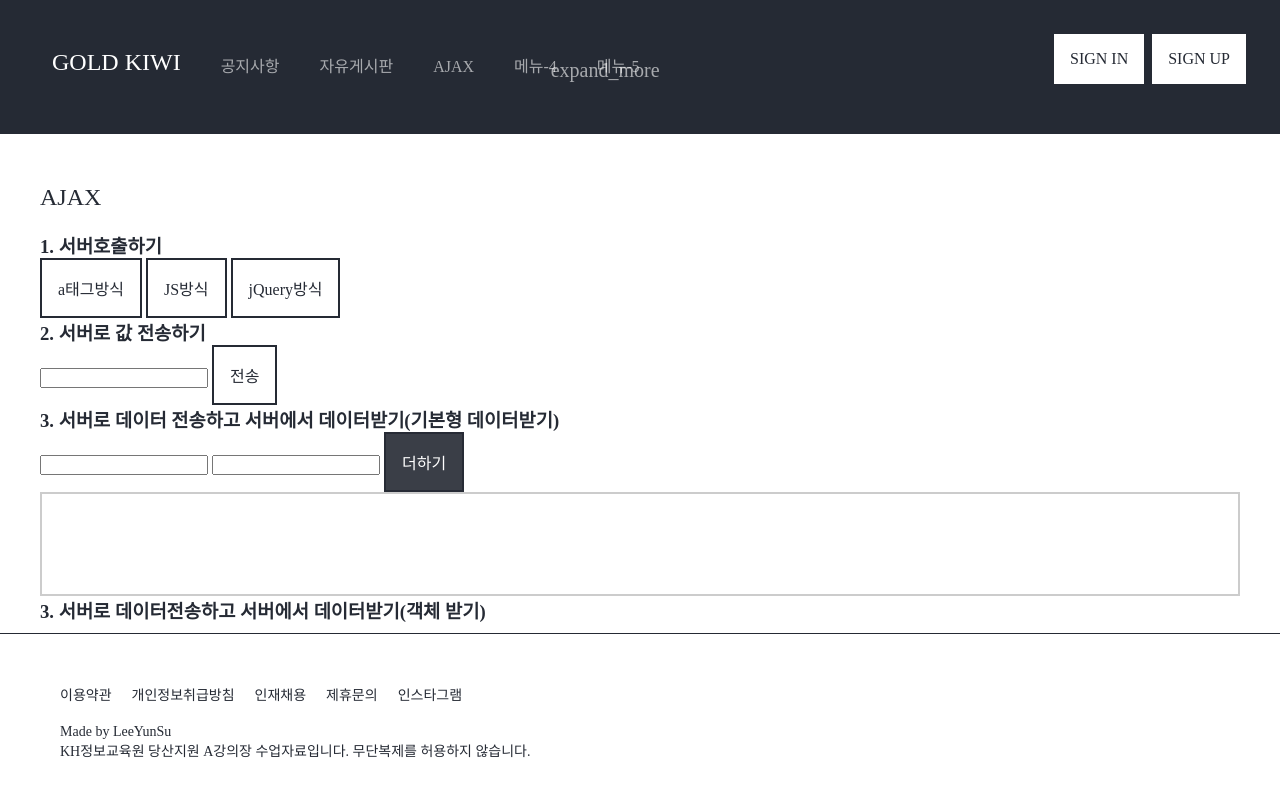
Repository: RiboKim/web-workspace
Page: http://localhost/07_mvc2WebProject/ajax.do
These files come from the project's save history. The page is drawn as it stood at one moment and after the next save; the edit follows.
The browser window is 1280 px wide. The pictures show the whole page.
Some web fonts or font styles are not loaded; a fallback is used. The page is served by Tomcat 9. Other server files are loaded and not shown.

Above is the page before, as saved 2023-02-21 02:33:16.

### 07_mvc2WebProject/src/main/webapp/WEB-INF/views/etc/ajax.jsp
<%@ page language="java" contentType="text/html; charset=UTF-8"
    pageEncoding="UTF-8"%>
<!DOCTYPE html>
<html>
<head>
<meta charset="UTF-8">
<title>Insert title here</title>
<style>
	.ajaxResult{
		min-height: 100px;
		border : 2px solid #ccc;
	}
</style>
</head>
<body>
	<%@include file="/WEB-INF/views/common/header.jsp" %>
	<div class="page-content">
		<div class="page-title">AJAX</div>
		<h3>1. 서버호출하기</h3>
		<a class="btn bc11" href="/ajaxTest1.do">a태그방식</a>
		<button class="btn bc11" id="js">JS방식</button>
		<button class="btn bc11" id="jQ1">jQuery방식</button>

		<h3>2. 서버로 값 전송하기</h3>
		<input type="text">
		<button class="btn bc11" id="jQ2">전송</button>

		<h3>3. 서버로 데이터 전송하고 서버에서 데이터받기(기본형 데이터받기)</h3>
		<input type="text" id="su1">
		<input type="text" id="su2">
		<button class="btn bc1" id="jQ3">더하기</button>
		<p class="ajaxResult" id="result3"></p>

		<h3>3. 서버로 데이터전송하고 서버에서 데이터받기(객체 받기)</h3>
	</div>
	<script>
		$("#js").on("click",function(){
			//javascript로 ajax를 이용한 서버호출방식
			//1.XMLHttpRequest객체 생성
			const xhttp = new XMLHttpRequest();
			//2.요청 정보 설정
			//method, url, 비동기여부
			xhttp.open("GET","/ajaxTest1.do",true);
			//3.서버 요청 처리에 따른 동작함수 지정
			xhttp.onreadystatechange = function(){
				if(this.readyState == 4 && this.status == 200){
					//요청이 모두 끝나고 && 정상적인 응답이 돌아온 경우
					console.log("서버 요청 성공!!");
				}else if(this.readyState == 4 && this.status == 404){
					//요청이 모두 끝나고 && 해당 페이지를 찾을 수 없는 경우
					console.log("주소를 찾을 수 없습니다.");
				}
			}
			//4.서버에 요청
			xhttp.send();
		});

		$("#jQ1").on("click",function(){
			$.ajax({
				url : "/ajaxTest1.do",
				type : "GET",
				success : function(){
					console.log("서버 호출 완료!!!!");
				},
				error : function(){
					console.log("에러발생");
				},
				complete : function(){
					console.log("무조건 호출");
				}
			});
		});

		$("#jQ2").on("click",function(){
			const input = $(this).prev();
			const inputValue = input.val();
			$.ajax({
				url : "/ajaxTest2.do",
				type : "get",
				data : {input1 : inputValue}, //input1이 key값이라고 생각하면 됨, 여러개 보내는것도 가능
				success : function(){
					console.log("서버로 데이터 전송 완료");
				},
				error : function(){
					console.log("에러발생");
				}
			});
		});
		$("#jQ3").on("click",function(){
			//input에 입력된 값 2개 가져다가
			// /ajaxTest3.do에 전송후 출력
			const su1 = $("#su1").val();
			const su2 = $(this).prev().val();
			$.ajax({
				url : "ajaxTest3.do",
				type : "post",
				data : {num1 : su1, num2 : su2},
				success : function(data){
					console.log(data);
					$("#result3").text(su1+"+"+su2+"="+data);
					console.log("서버요청성공");

				},
				error : function(){
					console.log("서버요청 실패")
				}
			})
		})
	</script>
	<%@include file="/WEB-INF/views/common/footer.jsp" %>
</body>
</html>

### 07_mvc2WebProject/src/main/webapp/WEB-INF/views/common/header.jsp
<%@page import="kr.or.iei.member.model.vo.Member"%>
<%@ page language="java" contentType="text/html; charset=UTF-8"
    pageEncoding="UTF-8"%>
    <%
    	Member m = (Member)session.getAttribute("m");
    %>

	<!-- 구글 아이콘 -->
    <link href="https://fonts.googleapis.com/icon?family=Material+Icons" rel="stylesheet">
    <!-- jquery -->
    <script src="/js/jquery-3.6.0.js"></script>
    <!-- 기본 CSS -->
    <link rel="stylesheet" href="/css/default.css" />
    <!-- 기본 js -->
    <script src="/js/default.js"></script>

    <header>
      <div class="site-logo">
        <a href="/">GOLD KIWI</a>
      </div>
      <nav>
        <ul class="navi">
          <li><a href="/noticeList.do?requestPage=1">공지사항</a></li>
          <li><a href="/boardList.do">자유게시판</a></li>
          <li><a href="/ajax.do">AJAX</a></li>
          <li><a href="#">메뉴-4</a></li>
          <li>
			<a href="#">메뉴-5</a>
            <ul class="sub-navi">
              <li><a href="#">sub-1</a></li>
              <li><a href="#">sub-2</a></li>
              <li><a href="#">sub-3</a></li>
            </ul>
           </li>
        </ul>
      </nav>
      <div class="header-link">
      <%if(m == null){ %>
        <button class="btn bc11 modal-open-btn" target="#login-modal">SIGN IN</button>
        <a class="btn bc11" href="/signupFrm.do">SIGN UP</a>
      <%}else{ %>
      <%--<a class="btn bc11" href="/mypage1.do"><%=m.getMemberName() %></a> --%>
      <%--memberId를 mypage2.do로 넘겨주는거 --%>
      <a class="btn bc11" href="/mypage2.do?memberId=<%=m.getMemberId() %>"><%=m.getMemberName() %></a>

      <a class="btn bc11" href="/logout.do">LOGOUT</a>
      <%} %>
      </div>
    </header>
    <%if(m == null) {%>
    <div id="login-modal" class="modal-bg">
      <div class="modal-wrap">
        <div class="modal-head">
          <h2>SIGN IN</h2>
          <span class="material-icons close-icon modal-close">close</span>
        </div>
        <form action="/signin.do" method="post">
        <div class="modal-content">
          <div class="input-box">
          	<label for="signId">아이디</label>
          	<input type="text" name="signId" id="signId" class="input-form" placeholder="아이디입력">
          </div>
          <div class="input-box">
          	<label for="signPw">비밀번호</label>
          	<input type="password" name="signPw" id="signPw" class="input-form" placeholder="비밀번호입력">
          </div>
          <div class="input-box link-box">
          	<a href="#">아이디/비밀번호 찾기</a>
          </div>
        </div>
        <div class="modal-foot">
          <button type="submit" class="btn bc11">로그인</button>
          <button type="button" class="btn bc1 modal-close">취소</button>
        </div>
        </form>
      </div>
    </div>
    <%}%>

### 07_mvc2WebProject/src/main/webapp/WEB-INF/views/common/footer.jsp
<%@ page language="java" contentType="text/html; charset=UTF-8"
    pageEncoding="UTF-8"%>
	<footer>
      <div class="footer-content">
        <ul>
          <li><a href="#">이용약관</a></li>
          <li><a href="#">개인정보취급방침</a></li>
          <li><a href="#">인재채용</a></li>
          <li><a href="#">제휴문의</a></li>
          <li><a href="#">인스타그램</a></li>
        </ul>
        <p>Made by LeeYunSu</p>
        <p>
          KH정보교육원 당산지원 A강의장 수업자료입니다. 무단복제를 허용하지
          않습니다.
        </p>
      </div>
    </footer>

### 07_mvc2WebProject/src/main/java/kr/or/iei/ajax/controller/AjaxServlet.java
package kr.or.iei.ajax.controller;

import java.io.IOException;

import javax.servlet.RequestDispatcher;
import javax.servlet.ServletException;
import javax.servlet.annotation.WebServlet;
import javax.servlet.http.HttpServlet;
import javax.servlet.http.HttpServletRequest;
import javax.servlet.http.HttpServletResponse;

/**
 * Servlet implementation class AjaxServlet
 */
@WebServlet(name = "Ajax", urlPatterns = { "/ajax.do" })
public class AjaxServlet extends HttpServlet {
	private static final long serialVersionUID = 1L;

    /**
     * @see HttpServlet#HttpServlet()
     */
    public AjaxServlet() {
        super();
        // TODO Auto-generated constructor stub
    }

	/**
	 * @see HttpServlet#doGet(HttpServletRequest request, HttpServletResponse response)
	 */
	protected void doGet(HttpServletRequest request, HttpServletResponse response) throws ServletException, IOException {
		//1.인코딩
		request.setCharacterEncoding("utf-8");
		//2.값추출
		//3.비즈니스로직
		//4.결과처리
		RequestDispatcher view = request.getRequestDispatcher("/WEB-INF/views/etc/ajax.jsp");
		view.forward(request, response);
	}

	/**
	 * @see HttpServlet#doPost(HttpServletRequest request, HttpServletResponse response)
	 */
	protected void doPost(HttpServletRequest request, HttpServletResponse response) throws ServletException, IOException {
		// TODO Auto-generated method stub
		doGet(request, response);
	}

}

### 07_mvc2WebProject/src/main/webapp/css/default.css
/* 사용할 font 선언 */
@font-face {
  font-family: ns-thin;
  src: url(../font/NotoSansKR-Thin.otf);
}
@font-face {
  font-family: ns-light;
  src: url(../font/NotoSansKR-Light.otf);
}
@font-face {
  font-family: ns-m;
  src: url(../font/NotoSansKR-Medium.otf);
}
@font-face {
  font-family: ns-bold;
  src: url(../font/NotoSansKR-Bold.otf);
}
@font-face {
  font-family: ns-black;
  src: url(../font/NotoSansKR-Black.otf);
}
/*
    사이트 사용 색상
    balck : #252A34
    darkgray : #393E46
    lightgray : #EEEEEE
    dark-mint : #00ADB5
    mint : #08D9D6
    point-red : #FF2E63
    point-pink : #F85F73
    point-violet : #892CDC
*/
/* 전체태그 기본 margin, padding 제거 */
/* 기본 글씨 색 및 폰트 설정 */

* {
  margin: 0;
  padding: 0;
  color: #252a34;
  font-family: ns-m;
}
body {
  display: flex;
  flex-direction: column;
  min-height: 100vh;
}
/* 기본화면 레이아웃 */
a {
  text-decoration: none;
}
header {
  background-color: #252a34;
  padding: 32px;
  display: flex;
  min-width: 1200px;
}
header > *:not(.header-link) {
  float: left;
}
header > .site-logo {
  padding: 0px 20px;
}
header > .site-logo > a {
  color: #fff;
  font-family: ns-bold;
  font-size: 24px;
  line-height: 60px;
}
header > nav {
  flex-grow: 1;
}

header > nav > .navi {
  list-style-type: none;
}
header > nav > .navi > li {
  float: left;
  position: relative;
}
header > nav > .navi > li > a {
  display: block;
  color: rgba(255, 255, 255, 0.6);
  padding: 5px 20px;
  transition-duration: 0.5s;
  line-height: 60px;
}
header > nav > .navi > li:hover > a,
header > nav > .navi > li:hover > a + span {
  color: rgba(255, 255, 255, 1);
}
header > nav > .navi > li:hover > .sub-navi {
  display : block;
}
header > nav .sub-navi {
  position: absolute;
  background-color: #fff;
  list-style-type: none;
  display: none;
  border: 1px solid rgba(0, 0, 0, 0.2);
  left: 10px;
  min-width: 10rem;
}
header > nav .sub-navi > li {
  padding: 0.25rem 1rem;
}
header > nav .sub-navi > li > a {
  display: block;
}
header > nav .sub-navi > li:hover {
  background-color: rgba(0, 0, 0, 0.05);
}
.material-icons.dropdown {
  font-size: 20px;
  color: rgba(255, 255, 255, 0.6);
  position: absolute;
  right: 0px;
  top: 27px;
  transition-duration: 0.5s;
}
.material-icons.dropdown:hover {
  cursor: pointer;
}
.page-content {
  width: 1200px;
  margin: 30px auto;
  margin-bottom: 10px;
  flex-grow: 1;
}
.page-title {
  font-family: ns-bold;
  padding: 20px 0px;
  font-size: 1.5rem;
}
footer {
  padding: 50px;
  border-top: 1px solid #252a34;
}
footer > .footer-content {
  width: 1200px;
  margin: 0 auto;
  padding: 0px 10px;
}
footer > .footer-content * {
  font-size: 14px;
}
footer > .footer-content > ul {
  list-style-type: none;
  overflow: hidden;
  margin-bottom: 20px;
}
footer > .footer-content > ul > li {
  float: left;
}
footer > .footer-content > ul > li > a {
  padding-right: 20px;
}

/* font 클래스*/
.f-thin {
  font-family: ns-thin;
}
.f-light {
  font-family: ns-light;
}
.f-medium {
  font-family: ns-m;
}
.f-bold {
  font-family: ns-bold;
}
.f-black {
  font-family: ns-black;
}

/* 글씨 색 */
.fc-1 {
  color: #252a34;
}
.fc-2 {
  color: #393e46;
}
.fc-3 {
  color: #eeeeee;
}
.fc-4 {
  color: #00adb5;
}
.fc-5 {
  color: #08d9d6;
}
.fc-6 {
  color: #ff2e63;
}
.fc-7 {
  color: #f85f73;
}
.fc-8 {
  color: #892cdc;
}

/* 배경 색*/
.bg-1 {
  background-color: #252a34;
}
.bg-2 {
  background-color: #393e46;
}
.bg-3 {
  background-color: #eeeeee;
}
.bg-4 {
  background-color: #00adb5;
}
.bg-5 {
  background-color: #08d9d6;
}
.bg-6 {
  background-color: #ff2e63;
}
.bg-7 {
  background-color: #f85f73;
}
.bg-8 {
  background-color: #892cdc;
}

/* 테이블 디자인 */
.tbl {
  width: 100%;
  border-spacing: 0px;
  border-collapse: collapse;
}
.tbl th,
.tbl td {
  padding: 1rem;
  text-align: center;
}
.tbl .tr-1 {
  background-color: rgba(255, 255, 255, 1);
}
.tbl .tr-2 {
  background-color: rgba(57, 62, 70, 0.1);
}
.tbl .tr-3 {
  background-color: rgba(0, 173, 181, 0.1);
}
.tbl .tr-4 {
  background-color: rgba(137, 44, 220, 0.1);
}
.tbl .tr-5 {
  background-color: rgba(255, 46, 999, 0.1);
}
.tbl .td-1 {
  background-color: rgba(255, 255, 255, 1);
}
.tbl .td-2 {
  background-color: rgba(57, 62, 70, 0.1);
}
.tbl .td-3 {
  background-color: rgba(0, 173, 181, 0.1);
}
.tbl .td-4 {
  background-color: rgba(137, 44, 220, 0.1);
}
.tbl .td-5 {
  background-color: rgba(255, 46, 999, 0.1);
}
.tbl.tbl-hover .tr-1:hover {
  background-color: rgba(0, 0, 0, 0.05);
}
.tbl.tbl-hover .tr-2:hover {
  background-color: rgba(57, 62, 70, 0.15);
}
.tbl.tbl-hover .tr-3:hover {
  background-color: rgba(0, 173, 181, 0.15);
}
.tbl.tbl-hover .tr-4:hover {
  background-color: rgba(137, 44, 220, 0.15);
}
.tbl.tbl-hover .tr-5:hover {
  background-color: rgba(255, 46, 999, 0.15);
}

/* 버튼 디자인 */
.btn {
  border: none;
  padding: 1rem;
  display: inline-block;
  box-sizing: border-box;
  transition-duration: 0.5s;
  font-size: 16px;
  font-family: ns-light;
}
.bc1 {
  background-color: rgba(37, 42, 52, 0.9);
  color: #fff;
  border: 2px solid rgba(37, 42, 52, 0.9);
}
.bc1:hover {
  background-color: rgba(37, 42, 52, 1);
  cursor: pointer;
}
.bc2 {
  background-color: rgba(57, 62, 70, 0.9);
  color: #fff;
  border: 2px solid rgba(57, 62, 70, 0.9);
}
.bc2:hover {
  background-color: rgba(57, 62, 70, 1);
  cursor: pointer;
}
.bc3 {
  background-color: rgba(238, 238, 238, 0.9);
  color: #252a34;
  border: 2px solid rgba(238, 238, 238, 0.9);
}
.bc3:hover {
  background-color: rgba(238, 238, 238, 1);
  cursor: pointer;
}
.bc4 {
  background-color: rgba(0, 173, 181, 0.9);
  color: #fff;
  border: 2px solid rgba(0, 173, 181, 0.9);
}
.bc4:hover {
  background-color: rgba(0, 173, 181, 1);
  cursor: pointer;
}
.bc5 {
  background-color: rgba(8, 217, 214, 0.9);
  color: #fff;
  border: 2px solid rgba(8, 217, 214, 0.9);
}
.bc5:hover {
  background-color: rgba(8, 217, 214, 1);
  cursor: pointer;
}
.bc6 {
  background-color: rgba(255, 46, 99, 0.9);
  color: #fff;
  border: 2px solid rgba(255, 46, 99, 0.9);
}
.bc6:hover {
  background-color: rgba(255, 46, 99, 1);
  cursor: pointer;
}
.bc7 {
  background-color: rgba(248, 95, 115, 0.9);
  color: #fff;
  border: 2px solid rgba(248, 95, 115, 0.9);
}
.bc7:hover {
  background-color: rgba(248, 95, 115, 1);
  cursor: pointer;
}
.bc8 {
  background-color: rgba(137, 44, 220, 0.9);
  color: #fff;
  border: 2px solid rgba(137, 44, 220, 0.9);
}
.bc8:hover {
  background-color: rgba(137, 44, 220, 1);
  cursor: pointer;
}
.bc11 {
  color: rgba(37, 42, 52, 1);
  background-color: #fff;
  border: 2px solid rgba(37, 42, 52, 1);
}
.bc11:hover {
  background-color: rgba(37, 42, 52, 1);
  cursor: pointer;
  color: #fff;
}
.bc22 {
  color: rgba(57, 62, 70, 1);
  background-color: #fff;
  border: 2px solid rgba(57, 62, 70, 1);
}
.bc22:hover {
  background-color: rgba(57, 62, 70, 1);
  cursor: pointer;
  color: #fff;
}
.bc33 {
  color: rgba(37, 42, 52, 1);
  background-color: #fff;
  border: 2px solid rgba(238, 238, 238, 1);
}
.bc33:hover {
  background-color: rgba(238, 238, 238, 1);
  cursor: pointer;
  color: rgba(37, 42, 52, 1);
}
.bc44 {
  color: rgba(0, 173, 181, 1);
  background-color: #fff;
  border: 2px solid rgba(0, 173, 181, 1);
}
.bc44:hover {
  background-color: rgba(0, 173, 181, 1);
  color: #fff;
  cursor: pointer;
}
.bc55 {
  color: rgba(8, 217, 214, 1);
  background-color: #fff;
  border: 2px solid rgba(8, 217, 214, 1);
}
.bc55:hover {
  background-color: rgba(8, 217, 214, 1);
  color: #fff;
  cursor: pointer;
}
.bc66 {
  color: rgba(255, 46, 99, 1);
  background-color: #fff;
  border: 2px solid rgba(255, 46, 99, 1);
}
.bc66:hover {
  background-color: rgba(255, 46, 99, 1);
  color: #fff;
  cursor: pointer;
}
.bc77 {
  color: rgba(248, 95, 115, 1);
  background-color: #fff;
  border: 2px solid rgba(248, 95, 115, 1);
}
.bc77:hover {
  background-color: rgba(248, 95, 115, 1);
  color: #fff;
  cursor: pointer;
}
.bc88 {
  color: rgba(137, 44, 220, 1);
  background-color: #fff;
  border: 2px solid rgba(137, 44, 220, 1);
}
.bc88:hover {
  background-color: rgba(137, 44, 220, 1);
  color: #fff;
  cursor: pointer;
}
.bs1 {
  padding: 1rem;
}
.bs2 {
  padding: 1.5rem;
  font-size: 1.1em;
}
.bs3 {
  padding: 2rem;
  font-size: 1.2em;
}
.bs4 {
  width: 100%;
  padding: 2rem;
  font-size: 1.2em;
}
/* input 디자인 */
.input-form {
  width: 100%;
  display: block;
  padding: 0.8rem;
  background-color: #fff;
  outline: none;
  border: 1px solid #ccc;

  box-sizing: border-box;
}
.input-form:focus {
  box-shadow: 0 0 0 0.1rem #eee;
}

textarea.input-form {
  resize: none;
  min-height: 300px;
}
.input-form:read-only:not(select),
.input-form:disabled {
  background-color: #f7f7f9;
}
/* 페이징 디자인 */
.pagination {
  list-style-type: none;
  display: flex;
  justify-content: center;
  align-items: center;
}
.pagination > li {
  width: 40px;
  height: 40px;
  text-align: center;
  line-height: 40px;
  overflow: hidden;
}
.pagination.circle-style > li {
  border-radius: 50%;
}
.pagination > li > a.page-item {
  display: block;
  width: 100%;
  height: 100%;
  font-size: 18px;
}
.pagination > li > a.page-item > span.material-icons {
  display: block;
  width: 100%;
  height: 100%;
  line-height: 40px;
}
.pagination .page-item.active-page {
  background-color: #252a34;
  color: #fff;
}
/*게시물 표현*/
.posting-wrap {
  display: flex;
  flex-wrap: wrap;
}
.posting-wrap .posting-item {
  box-sizing: border-box;
  width: calc(100% / 5);
  padding: 20px;
}
.posting-wrap .posting-item .posting-img img {
  width: 100%;
  height: 200px;
}
.posting-wrap .posting-item .posting-content {
  width: 80%;
  margin: 0 auto;
}
.posting-wrap .posting-item:hover {
  box-shadow: 0 2px 10px 0 rgba(0, 0, 0, 0.2);
}
/* 댓글 */
.posting-comment {
  display: flex;
  border-top: 2px solid #ccc;

  list-style-type: none;
}
.posting-comment > li {
  box-sizing: border-box;
}
.posting-comment > li:first-child {
  width: 15%;
  display: flex;
  justify-content: center;
  align-items: center;
  min-height: 100px;
  border-right: 1px solid #ccc;
}
.posting-comment.reply > li:first-child {
  width: 20%;
}
.posting-comment > li:first-child .material-icons {
  font-size: 80px;
  color: #ccc;
}
.posting-comment.reply > li:first-child .material-icons:first-child {
  font-size: 40px;
  color: #ccc;
}
.posting-comment.reply > li:last-child {
  display: flex;
  flex-direction: column;
  width: 80%;
}
.posting-comment > li:last-child {
  display: flex;
  flex-direction: column;
  width: 85%;
}
.posting-comment > li:last-child > p {
  width: 100%;
  padding: 5px;
  box-sizing: border-box;
}
.posting-comment > li:last-child > .comment-info > span {
  padding: 0px 10px;
}
.posting-comment > li:last-child > .comment-info > span:not(:last-child) {
  border-right: 2px solid #ccc;
}
.posting-comment > li:last-child > .comment-content {
  padding: 0px 15px;
}
.posting-comment > li:last-child > .comment-link {
  text-align: right;
}
.posting-comment > li:last-child > .comment-link > a {
  margin: 0px 5px;
}
.posting-comment > li:last-child > .comment-link > a:hover {
  text-decoration: underline;
}

/*모달*/
.modal-bg {
  background-color: rgba(0, 0, 0, 0.3);
  position: fixed;
  width: 100%;
  height: 100vh;
  display: none;
  align-items: center;
  flex-direction: column;
}
.modal-wrap {
  margin-top: 150px;
  width: 600px;
  background: #fff;
  height: auto;
}
.modal-wrap div {
  padding: 1rem;
}
.modal-wrap div:not(:last-child) {
  border-bottom: 1px solid #ccc;
}
.modal-wrap .modal-foot {
  text-align: right;
}
.modal-wrap div.modal-head {
  position: relative;
}
.close-icon {
  position: absolute;
  top: 16px;
  right: 16px;
  font-size: 30px;
}
.close-icon:hover {
  cursor: pointer;
}

### 07_mvc2WebProject/src/main/webapp/js/default.js
$(function () {
  $(document).on("click", ".modal-open-btn", function () {
    $($(this).attr("target")).css("display", "flex");
  });
  $(document).on("click", ".modal-close", function () {
    $(this).parents(".modal-wrap").parent().css("display", "none");
  });
  $(".sub-navi").prev().after("<span class='material-icons dropdown'>expand_more</span>");
});
function alertFunc(icon){
	swal({
        title: '제목',
        text: '내용내용내용',
        icon: icon
      });
      //이후 페이지 이동 시 추가
      /*
      .then(function(){
    	 window.location = "${loc}";
      });
      */
}

Loaded but not shown: 07_mvc2WebProject/src/main/webapp/js/jquery-3.6.0.js (library)

After the next save:
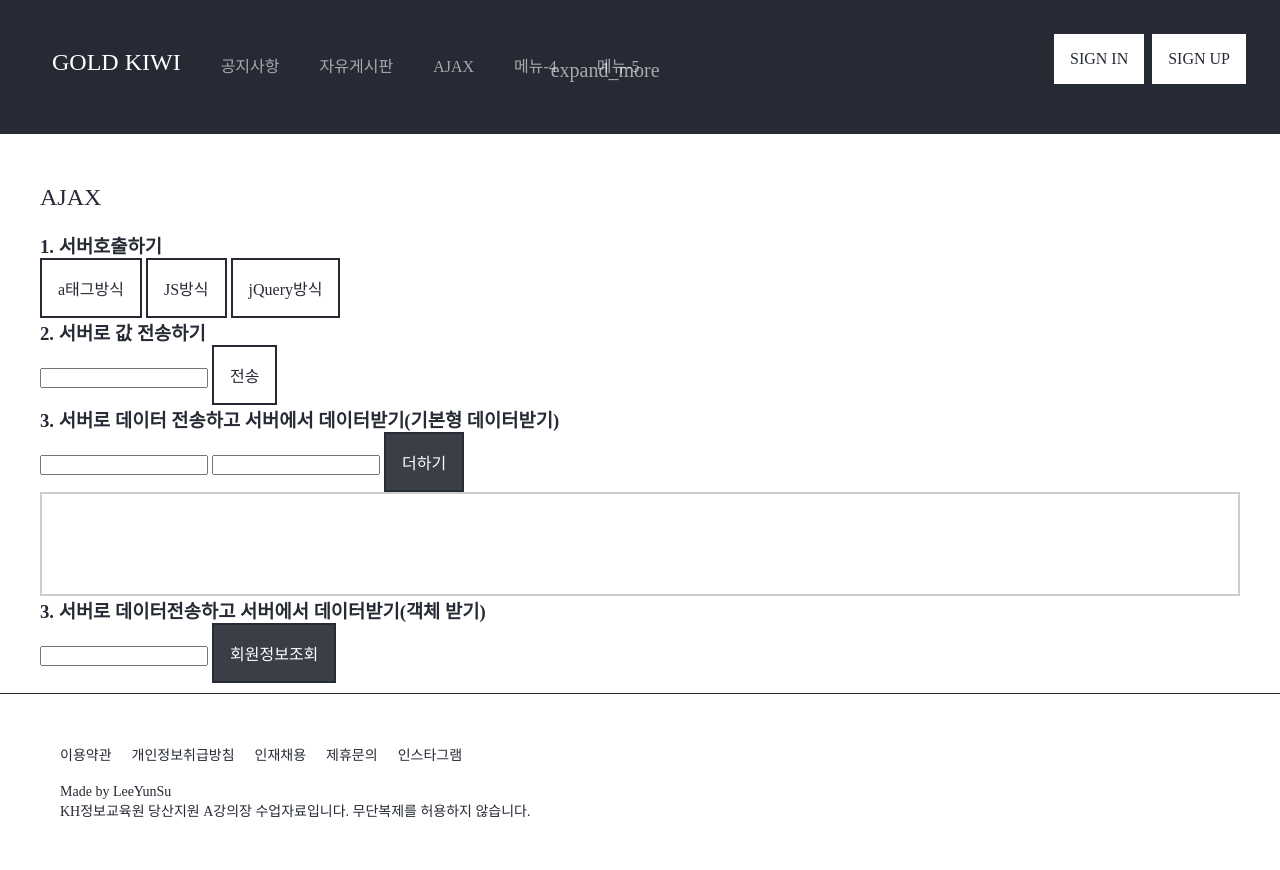
Saved 48 s later.
--- a/07_mvc2WebProject/src/main/webapp/WEB-INF/views/etc/ajax.jsp
+++ b/07_mvc2WebProject/src/main/webapp/WEB-INF/views/etc/ajax.jsp
@@ -32,6 +32,8 @@
 		<p class="ajaxResult" id="result3"></p>
 
 		<h3>3. 서버로 데이터전송하고 서버에서 데이터받기(객체 받기)</h3>
+		<input type="text" id="input4">
+		<button class="btn bc1" id="jQ4">회원정보조회</button>
 	</div>
 	<script>
 		$("#js").on("click",function(){
